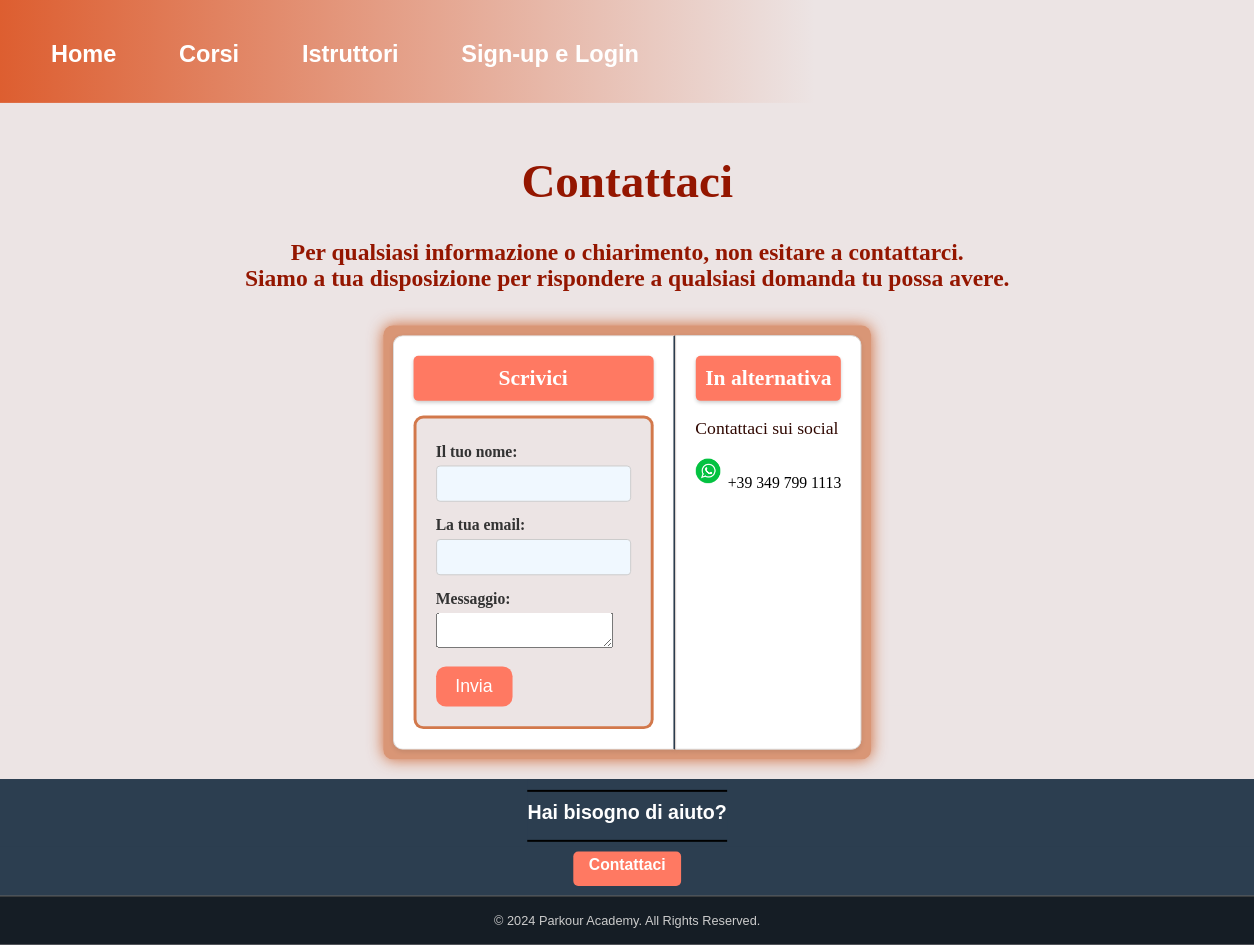
Repository: GiuuGpEEp/TerzoAnnoUni
Page: http://localhost/ContactUs/contact.php
An editor plug-in stored every save of this project. The page is shown before and after the next save, followed by the edit.
The browser window is 1280 px wide. The pictures show the whole page, at 98% of full size.
The page is run by PHP 8.4 with error messages shown; the project is at /var/www/html/.

Above is the page before, as saved 2025-01-16 17:08:23.

### SAW/Esercizi/Progetto/ContactUs/contact.php
<!DOCTYPE html>
<html lang="it">
<head>
    <title>PA - Contattaci</title>
    <link rel="icon" href="../Logo32.ico" type="image/x-icon">
    <link rel="stylesheet" type="text/css" href="contactStyle.css">
</head>
<body>
    <div class="wrapper">
        <header class="header">
            <?php include '../Navbar/navbar.php'; ?>
        </header>
        <div class="content">
            <div class="title">
                <h1>Contattaci</h1>
                <p>Per qualsiasi informazione o chiarimento, non esitare a contattarci. <br>
                Siamo a tua disposizione per rispondere a qualsiasi domanda tu possa avere.</p>
            </div>
            <div class="contactANDForm">
                <div class="formSection" id="messageFormSection">
                    <div class="formTitle">Scrivici</div>
                    <form class="messageForm" action="contactForm.php" method="post">
                        <label for="name">Il tuo nome:</label>
                        <input type="text" id="name" name="name" required>
                        <label for="email">La tua email:</label>
                        <input type="email" id="email" name="email" required>
                        <label for="message">Messaggio:</label>
                        <textarea id="message" name="message" required></textarea>
                        <div>
                            <input type="submit" class="button" value="Invia">
                        </div>
                    </form>
                </div>
                <div class="formSection" id="contactSection">
                    <div class="formTitle">In alternativa</div>
                    <div class="contactInfo">
                        <p class="contactText"> Contattaci sui social </p>
                        <div class="whatsapp">
                            <img id="waLogo" src= whatsappLogo.png alt="whatsapp" class="waLogo" width="25" height="25">
                            <p class="waText">+39 349 799 1113</p>
                        </div>
                        <div class="facebook">

                        </div>
                    </div>
                </div>
            </div>
        </div>
        <?php include '../Footer/footer.php'; ?>
    </div>
</body>

</html>

### SAW/Esercizi/Progetto/NavBar/NavBar.php
<?php
    if (session_status() === PHP_SESSION_NONE) {
        session_start();
    }
?>

<style>
        .menu {
        display: flex;
        margin-left: auto;
        min-height: 40px;
        max-width: 100%;
        align-items: center;
        background: linear-gradient(to left, transparent 35%, #dd5e30 );
    }

    #main-menu {
        display: flex;
        flex-wrap: wrap;
        font-weight: bold;
        font-size: 32px; /* Increased */
        font-family: Montserrat, sans-serif;
        justify-content: flex-end;
        align-items: center;
        margin-right: 20px;
        margin-left: 20px;
        padding: 0;
        list-style: none;
    }


    .menu-item {
        position: relative;
        margin: 0 20px;
        border: 2px solid transparent;
        border-radius: 5px;
        transition: all 200ms ease-in-out;
    }

    .menu-item:hover {
        border-color: white;
    }

    .menu-link {
        text-decoration: none;
        color: white;
        font-weight: bold;
        padding: 5px 10px;
        transition: color 200ms ease-in-out;
        font-size: 24px; /* Increased */
    }

    .menu-link:hover {
        color: #502915;
    }

    .menu-item.active {
        border-color: white;
    }

</style>

<script>
    function goHome(){
        window.location.href = "../index/index.php";
    }
</script>

<nav class="menu">
    <ul id="main-menu">
        <li class="menu-item">
            <a class="menu-link" onclick="goHome()">Home</a>
        </li>
        <li class="menu-item">
            <a class="menu-link" href="/corsi">Corsi</a>
        </li>
        <li class="menu-item">
            <a class="menu-link" href="/istruttori">Istruttori</a>
        </li>
        <li class="menu-item">
            <?php if(isset($_SESSION['username'])){
                echo "<a class='menu-link' href='../ShowProfile/show_profile.php'> Profilo </a>";
            }else{
                echo "<a class='menu-link' href='../Registration-login/Form.php'> Sign-up e Login </a>";
            }
            ?>
        </li>
    </ul>
</nav>

### SAW/Esercizi/Progetto/Footer/footer.php
<style>

    .Sfooter {
        color: #fff;
        text-align: center;
        font-family: Arial, sans-serif;
        margin: 0;
        width: 100%;
    }

    .footerContent {
        width: 100%;
        margin-bottom: 20px;
        background-color: #2c3e50;
        margin: 0;
        flex-shrink: 0;
    }

    #footerButton{
        font-size: 16px;
        font-weight: bold;
        padding: 5px;
        margin-top: 5px;
        margin-bottom: 10px;
        width: 100px;
        height: 25px;
        border-radius: 5px;
        float: none;
    }

    #footerTitle{
        position: relative;
        font-size: 20px;
        font-weight: bold;
        text-align: center;
        background-color: #2c3e50;
        display: inline-block;
    }

    #footerTitle::before, #footerTitle::after {
        content: "";
        display: inline-block;
        width: 100%;
        height: 2px;
        background-color: rgb(0, 0, 0);
    }

    #footerTitle::before{
        margin-bottom: 5px;
    }

    #footerCopy {
        font-size: 13px ;
        border-top: 1px solid #4a4a4a;
        padding: 4px;
        background-color: #151d25;
        color: #ccc;
    }

</style>

<footer class="Sfooter">
    <div class="footerContent">
        <p class="footerContent"><span id="footerTitle">Hai bisogno di aiuto?</span></p>
        <a id="footerButton" class="button" href="../ContactUs/contact.php" type="button">Contattaci</a>
    </div>
    <div id="footerCopy">
        <p>© 2024 Parkour Academy. All Rights Reserved.</p>
    </div>
</footer>

### SAW/Esercizi/Progetto/ContactUs/contactStyle.css
html, body {
    background-color: #ece4e4;
    height: 100%;
    margin: 0;
    padding: 0;
    box-sizing: border-box;
    display: flex;
    flex-direction: column;
}

.wrapper {
    display: flex;
    flex-direction: column;
    min-height: 100%;
}

.content {
    flex: 1;
    padding: 20px;
    text-align: center;
}

.title{
    font-size: 24px;
    font-weight: bold;
    color: #941600;
    margin-bottom: 20px;
}

.button {
    background-color: #ff7962; /* Arancione */
    border: none;
    color: white;
    text-align: center;
    text-decoration: none;
    display: inline-block;
    font-size: 18px;
    margin-top: 15px;
    border-radius: 10px;
    padding: 10px 20px;
    font-family: Montserrat, sans-serif;
    transition: background-color 0.3s ease;
}

.button:hover {
    background-color: #941600; /* Arancione scuro */
}

.formTitle {
    font-size: 22px;
    font-weight: bold;
    color: #555;
    text-align: center;
    margin-bottom: 15px;
    padding: 10px;
    background-color: #ff7962;
    color: white;
    border-radius: 5px;
    box-shadow: 0 2px 4px rgba(0, 0, 0, 0.2);
}

.contactANDForm{
    background-color: rgb(200,74,11,0.5);
    display: inline-flex;
    margin-top: 10px;
    text-align: justify;
    box-shadow: 0 0 15px rgba(200, 74, 11, 0.8);
    border-radius: 10px;
    padding: 10px;
}

.formSection {
    margin: 0px;
    padding: 20px;
    background-color: #ffffff;
    border: 1px solid #ddd;
    box-shadow: 0 2px 5px rgba(0, 0, 0, 0.1);
}

#messageFormSection{
    border-radius: 10px 0 0 10px;
    border-right: 2px solid #2c3e50;
}

.messageForm {
    width: 100%;
    padding: 20px;
    box-sizing: border-box;
    margin-right: 0px;
    border: 3px solid rgba(200, 74, 11, 0.7);
    background-color: #ece4e4;
    border-radius: 10px;
}

input[type="text"], input[type="password"], input[type="email"] {
    width: 100%;
    padding: 10px;
    border: 1px solid #ccc;
    border-radius: 4px;
    box-sizing: border-box;

   /* Include padding e border nella larghezza */
    margin-bottom: 10px;
    background-color: #f0f8ff;
}

label {
    display: block;
    margin-bottom: 5px;
    margin-top: 5px;
    color: #333;
    font-weight: bold;
}

textarea{
    resize: both;
    max-width: 200px;
    max-height: 50px;
}

#contactSection{
    border-radius: 0 10px 10px 0;
}

.contactText{
    font-size: 18px;
    color: #2f0701;
    margin-bottom: 20px;
    text-align: justify;
}

.waText{
    float: right;
}

.waLogo{
    float: left;
}

After the next save:
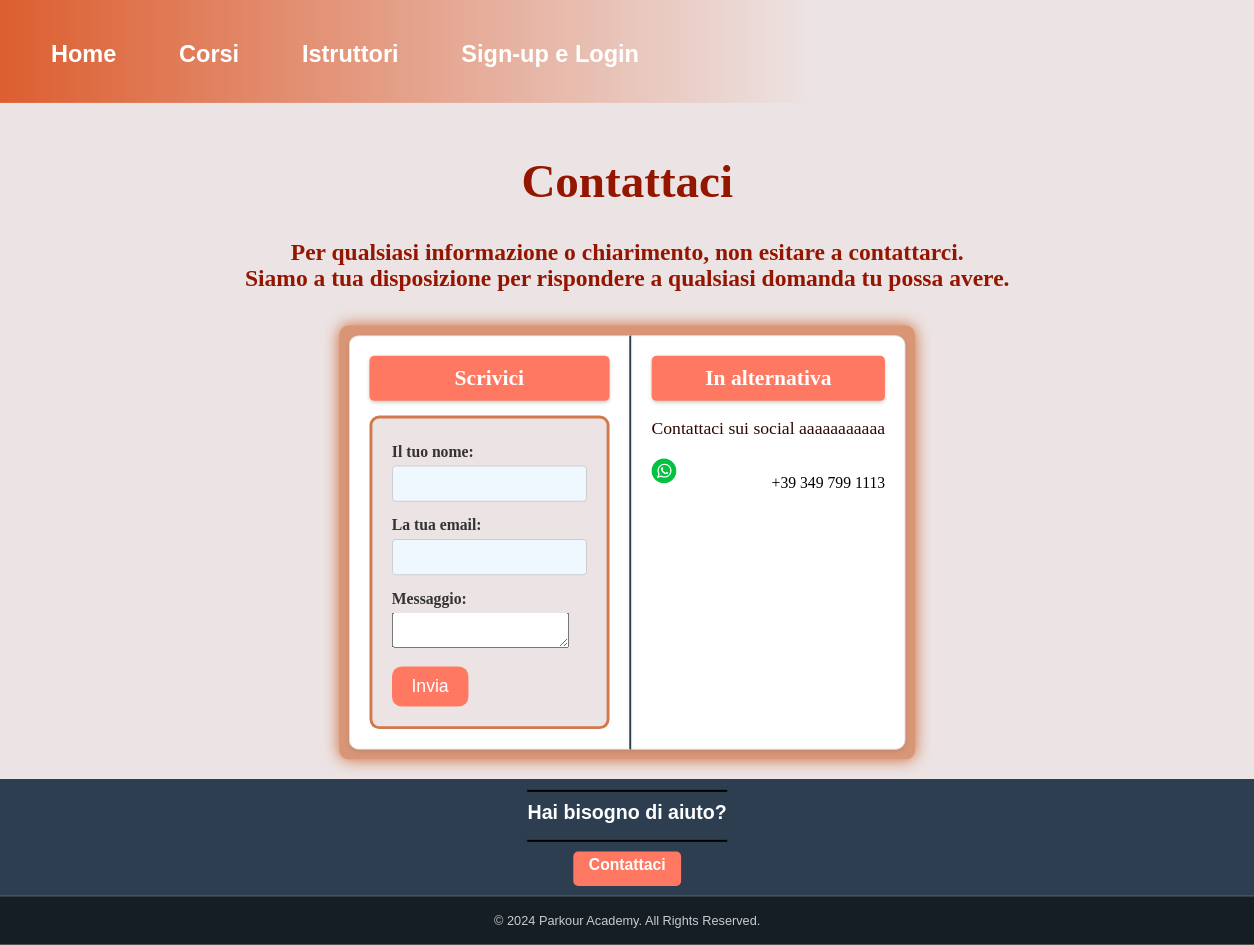
Saved 31 s later.
--- a/SAW/Esercizi/Progetto/ContactUs/contact.php
+++ b/SAW/Esercizi/Progetto/ContactUs/contact.php
@@ -34,7 +34,7 @@
                 <div class="formSection" id="contactSection">
                     <div class="formTitle">In alternativa</div>
                     <div class="contactInfo">
-                        <p class="contactText"> Contattaci sui social </p>
+                        <p class="contactText"> Contattaci sui social aaaaaaaaaaa </p>
                         <div class="whatsapp">
                             <img id="waLogo" src= whatsappLogo.png alt="whatsapp" class="waLogo" width="25" height="25">
                             <p class="waText">+39 349 799 1113</p>

After the save that followed:
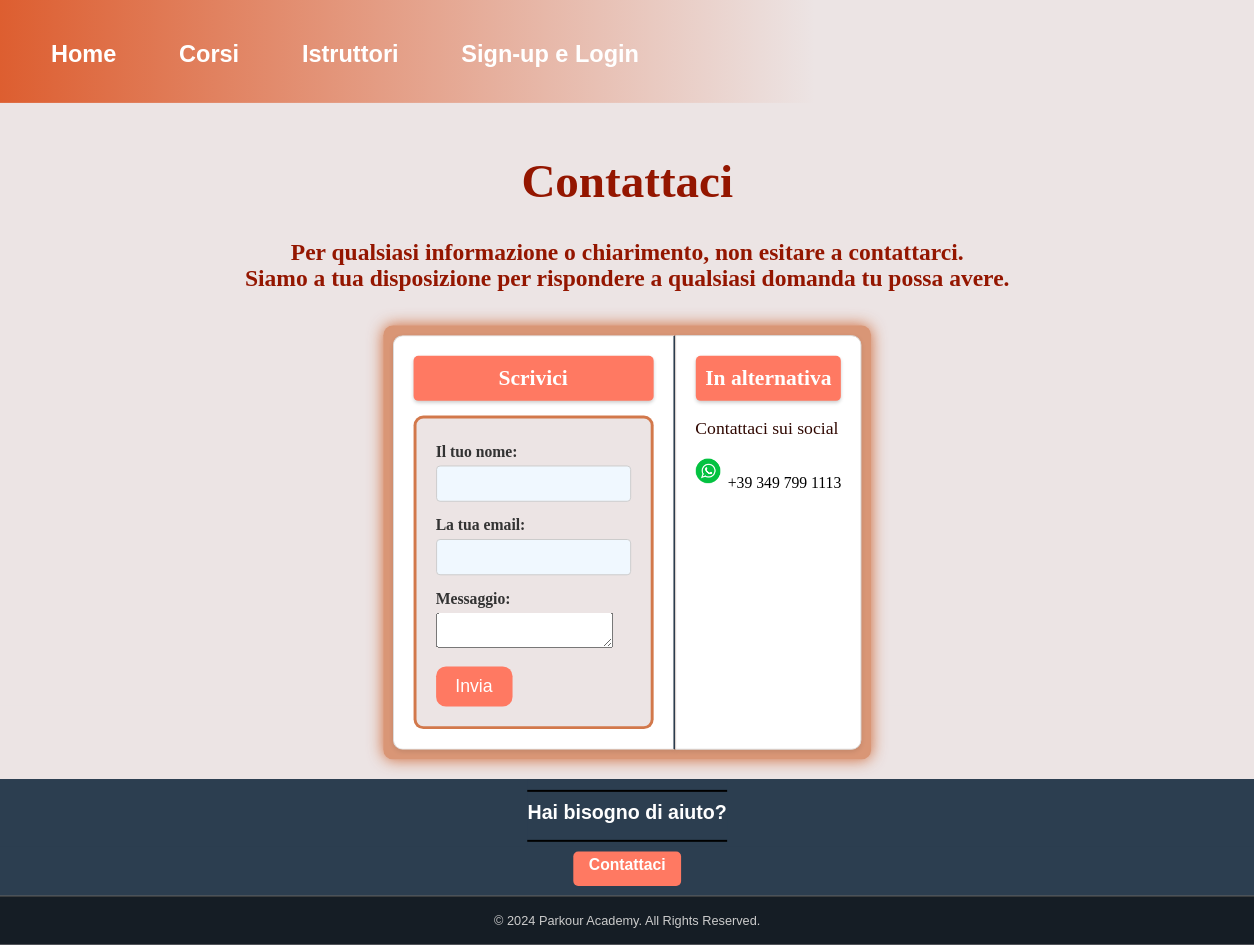
Saved 16 s later.
--- a/SAW/Esercizi/Progetto/ContactUs/contact.php
+++ b/SAW/Esercizi/Progetto/ContactUs/contact.php
@@ -34,7 +34,7 @@
                 <div class="formSection" id="contactSection">
                     <div class="formTitle">In alternativa</div>
                     <div class="contactInfo">
-                        <p class="contactText"> Contattaci sui social aaaaaaaaaaa </p>
+                        <p class="contactText"> Contattaci sui social </p>
                         <div class="whatsapp">
                             <img id="waLogo" src= whatsappLogo.png alt="whatsapp" class="waLogo" width="25" height="25">
                             <p class="waText">+39 349 799 1113</p>
